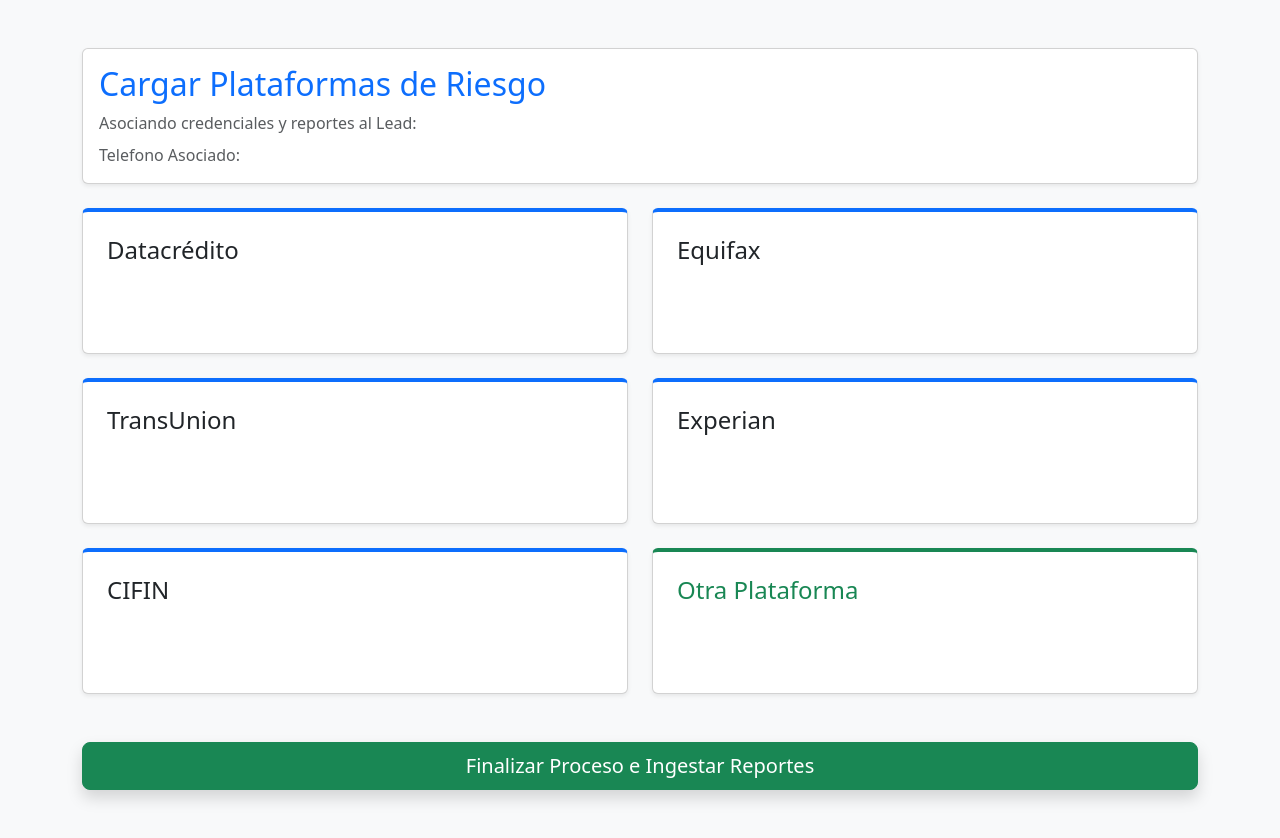
Repository: LuhizK/crm_ventas
Page: leads/templates/leads/registro_plataformas.html
These files come from the project's save history. The page is drawn as it stood at one moment and after a run of saves; the edit follows.
The browser window is 1280 px wide. The pictures show the whole page.
The template is drawn by Django 5.2. The application's start-up code is not run. The template is opened directly, without the code that normally fills it, so the values that code supplies are empty.

Above is the page before, as saved 2026-07-06 23:17:50.

After the next 2 saves:
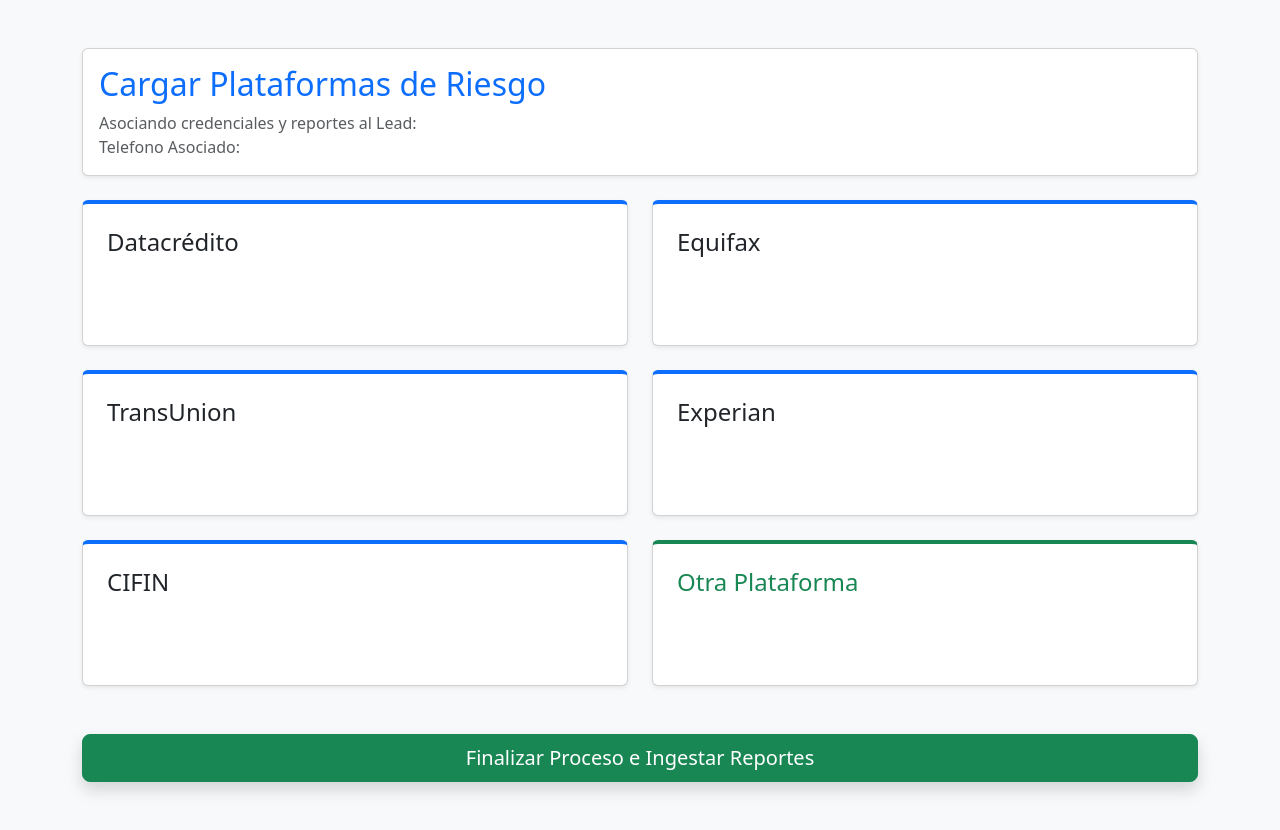
The 2 saves are shown as one change because they came seconds apart.
The last was saved 13 s later.
--- a/leads/templates/leads/registro_plataformas.html
+++ b/leads/templates/leads/registro_plataformas.html
@@ -18,7 +18,7 @@
             <p class="text-muted mt-2 mb-0">
                 Asociando credenciales y reportes al Lead: <strong>{{ lead.id_lead }}</strong>
             </p>
-            <p class="text-muted mt-2 mb-0">
+            <p class="text-muted mt-0 mb-0">
                 Telefono Asociado: <strong>{{ lead.telefono_marcado }}</strong>
             </p>
         </div>
